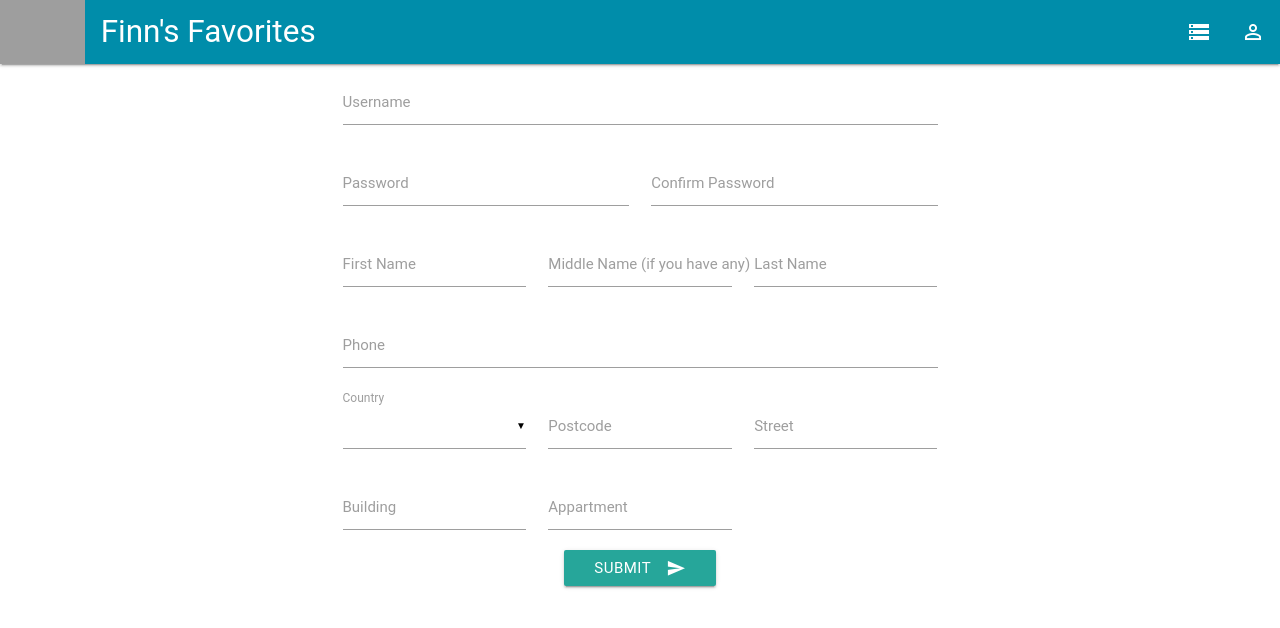
Repository: nidalaburaed/FinnsFavorites
Page: http://localhost/register.php
The author's editor kept a record of every edit. The page is drawn from the files as they stood at one moment, then again after the next edit.
The browser window is 1280 px wide. The pictures show the whole page.
Pictures or frames that could not be fetched are drawn as grey boxes. Some web fonts or font styles are not loaded; a fallback is used. Some web libraries are served in a nearby version. The page is run by PHP 8.4 with error messages shown; the project is at /var/www/html/. Queries for data that is not in the repository find no rows.

Above is the page before.

After the next edit:
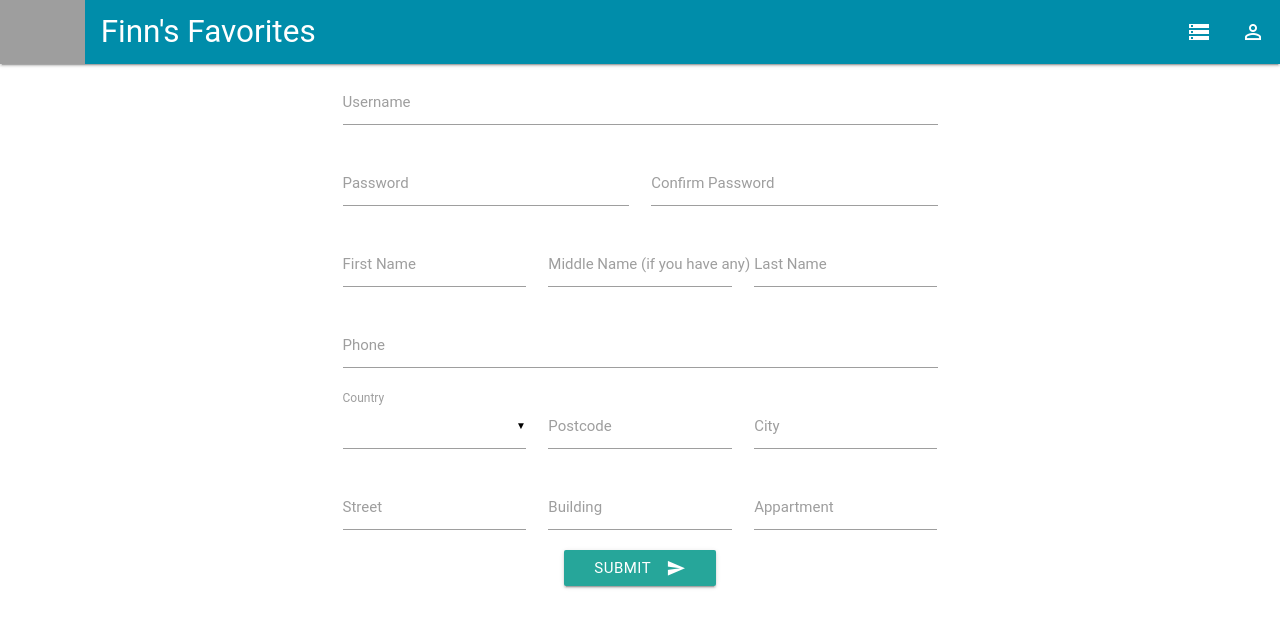
The edit:
--- a/register.php
+++ b/register.php
@@ -86,6 +86,11 @@
        </div>
 
        <div class="input-field col s4">
+         <input name="city" id="city" type="text" required  class="validate">
+         <label for="city">City</label>
+       </div>
+
+       <div class="input-field col s4">
          <input name="street" id="street" type="text" required  class="validate">
          <label for="street">Street</label>
        </div>
